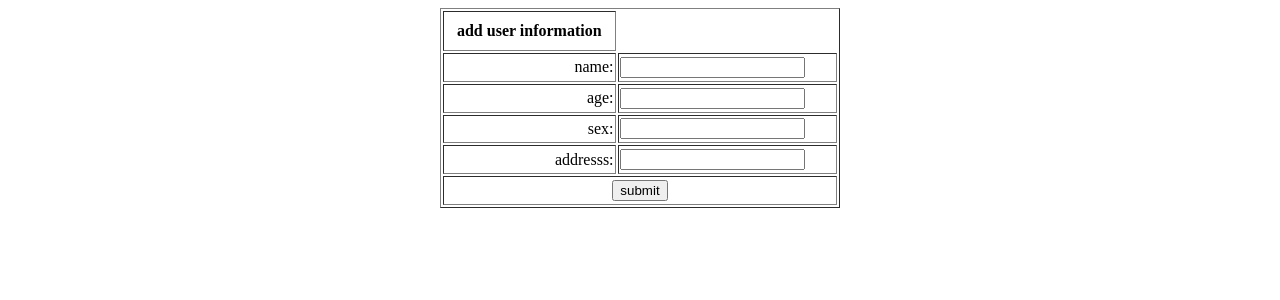
Repository: GetHubByYc/MyEclipse
Page: http://localhost/jsp_6/
The author's editor kept a copy of each file at every save. The page is drawn from the files as they stood at one save, then again after the next save.
The browser window is 1280 px wide. The pictures show the whole page.
The page is served by Tomcat 9.

Above is the page before, as saved 2015-11-09 05:04:10.

After the next save:
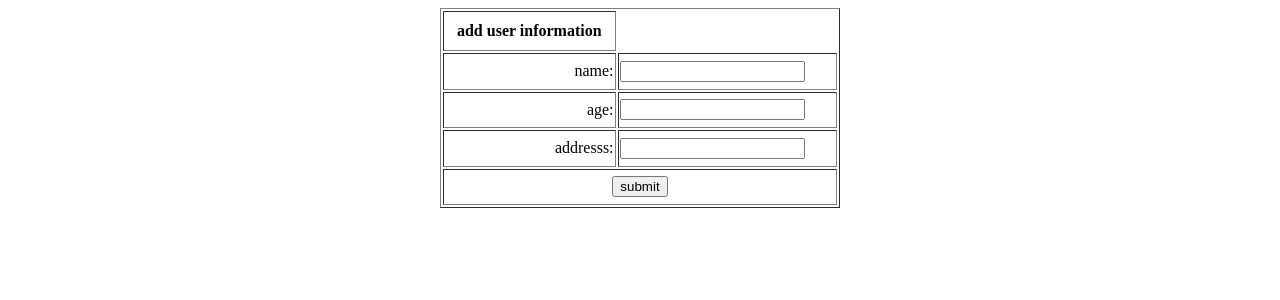
Saved 103 s later.
--- a/jsp_6/WebRoot/index.jsp
+++ b/jsp_6/WebRoot/index.jsp
@@ -40,12 +40,7 @@
   					<input type='text' name='age'>
   				</td>
   			</tr>
-  			<tr>
-  				<td align='right'>sex: </td>
-  				<td>
-  					<input type='text' name='sex'>
-  				</td>
-  			</tr>
+
   			<tr>
   				<td align='right'>addresss: </td>
   				<td>

After the save that followed:
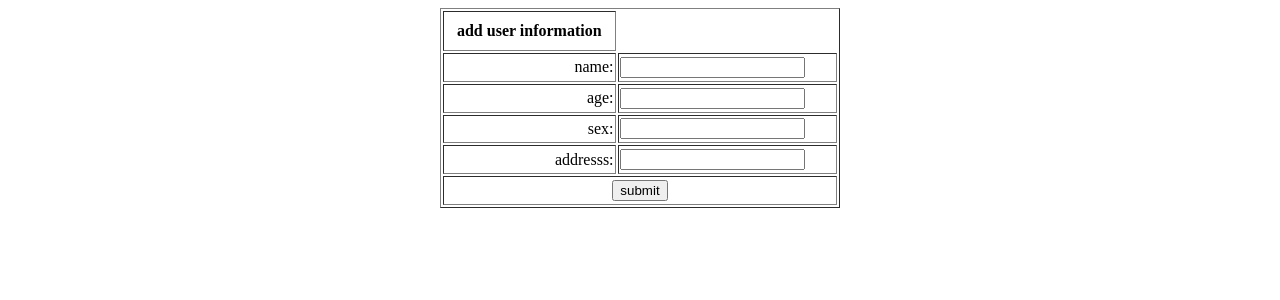
Saved 14 s later.
--- a/jsp_6/WebRoot/index.jsp
+++ b/jsp_6/WebRoot/index.jsp
@@ -40,7 +40,12 @@
   					<input type='text' name='age'>
   				</td>
   			</tr>
-
+  			<tr>
+  				<td align='right'>sex: </td>
+  				<td>
+  					<input type='text' name='sex'>
+  				</td>
+  			</tr>
   			<tr>
   				<td align='right'>addresss: </td>
   				<td>
